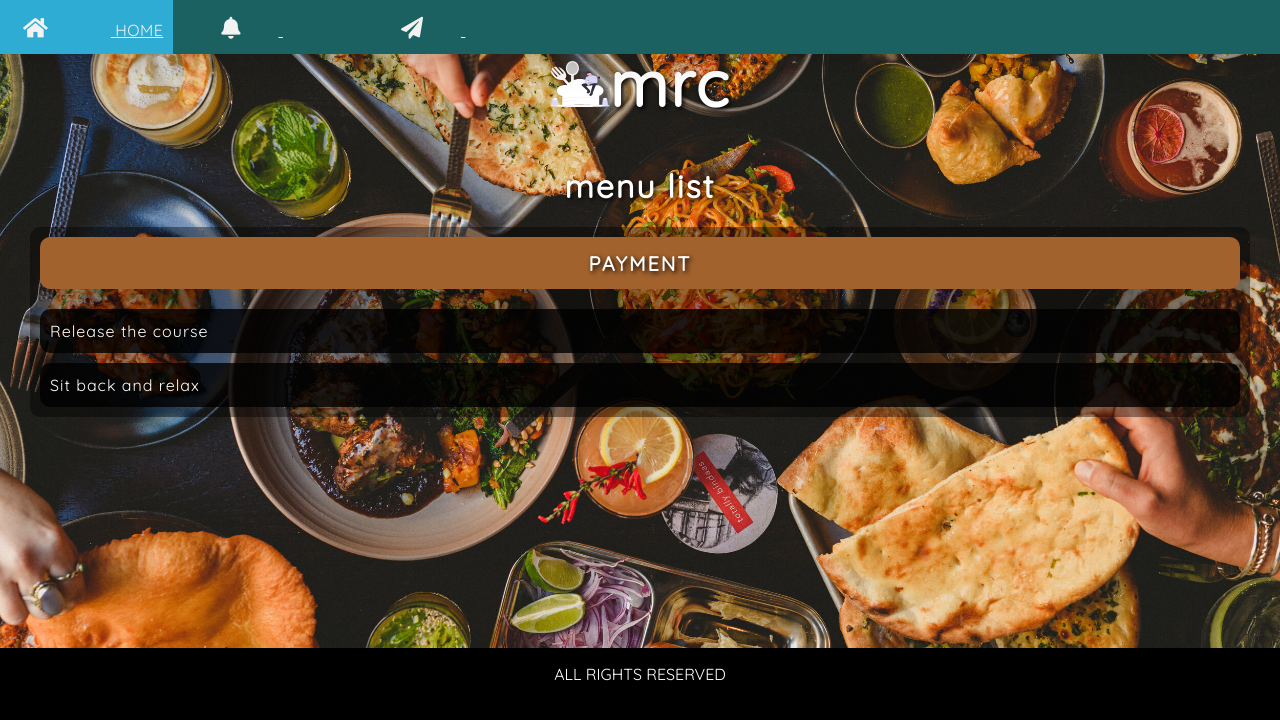
Repository: Anasooya2601/drag-and-drop
Page: home.html
An editor plug-in stored every save of this project. The page is shown before and after the next save, followed by the edit.
The browser window is 1280 px wide. The pictures show the whole page.
Some web libraries are served in a nearby version.

Above is the page before, as saved 2021-02-15 23:29:24.
Console error: TypeError: Cannot set properties of null (setting 'textContent')

After the next save:
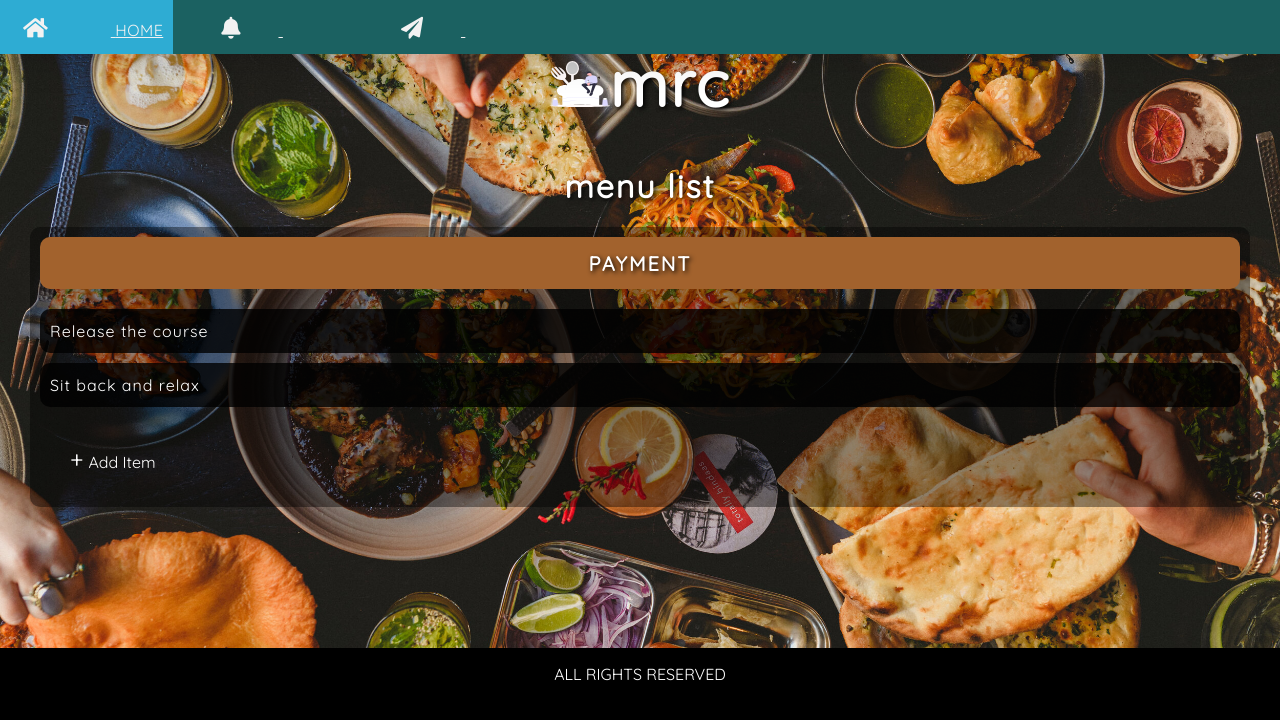
Saved 43 s later.
--- a/home.html
+++ b/home.html
@@ -51,9 +51,15 @@
             </div>
             <!-- Add Button Group -->
             <div class="add-btn-group">
-              <div class="add-btn solid" onclick="hideInputBox(1)">
+              <div class="add-btn " onclick="showInputBox(1)>
                     <span>Proceed</span>
                 </div>
+                <div class="add-btn-group">
+                    <div class="add-btn" onclick="showInputBox(1)">
+                        <span class="plus-sign">+</span>
+                        <span>Add Item</span>
+                    </div>
+
             </div>
 
 
